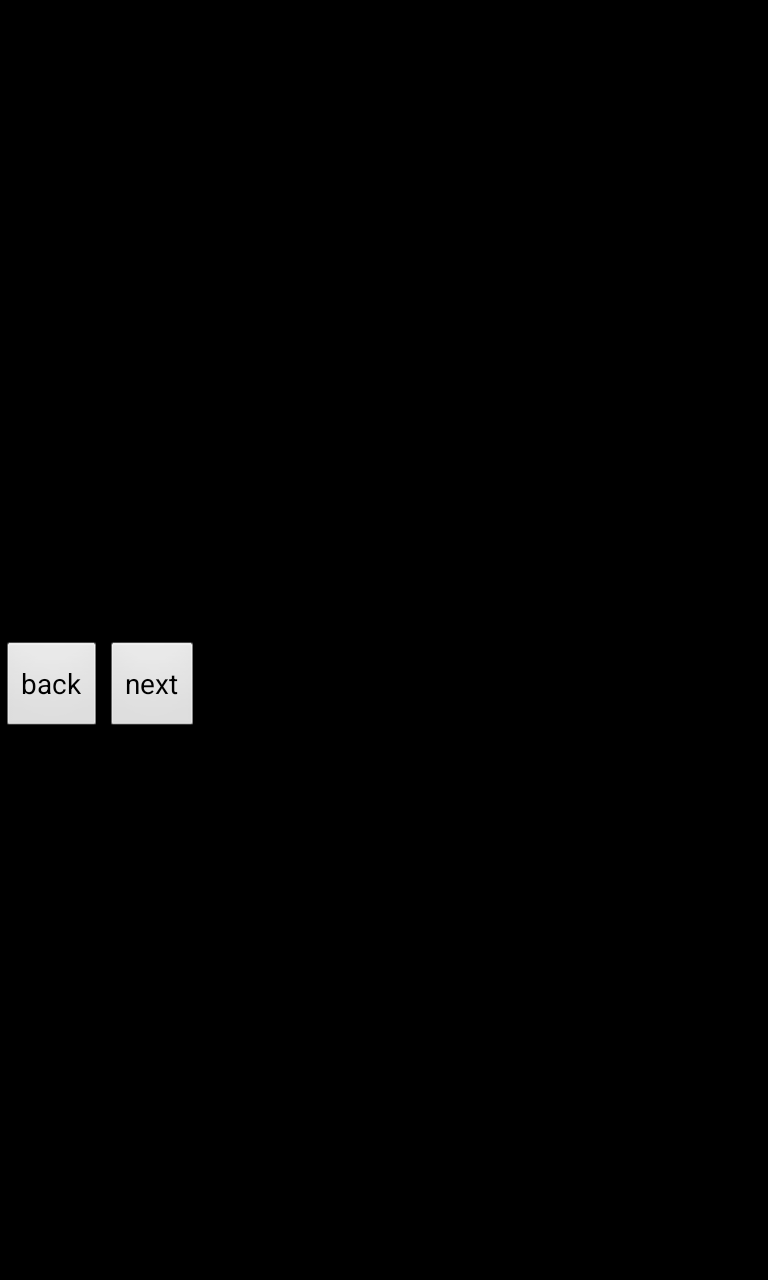
Repository: kangchihlun/UnityAndroidSubView
Layout: AndroidVuforiaSubView/FragmentDemo/res/layout/activity_main.xml
The author's editor kept a copy of each file at every save. The layout is drawn from the files as they stood at one save, then again after the next save.
It is drawn on a 768 x 1280 px phone screen (xhdpi) without system bars, with theme android:Theme.NoTitleBar.Fullscreen; the app's code is not run.

Above is the layout before, as saved 2015-03-11 05:38:24.

### AndroidVuforiaSubView/FragmentDemo/res/layout/activity_main.xml
<LinearLayout xmlns:android="http://schemas.android.com/apk/res/android"
    android:layout_width="match_parent"
    android:layout_height="match_parent"
    android:orientation="vertical">

    <LinearLayout
        android:id="@+id/fragment_container"
        android:layout_width="match_parent"
        android:layout_height="wrap_content"
        android:orientation="vertical"
        android:padding="160dp" />
"
    <LinearLayout
        android:layout_width="fill_parent"
        android:layout_height="fill_parent"
        >
		<Button
		    android:layout_width="wrap_content"
		    android:layout_height="wrap_content"
		    android:text="back"
		    android:id="@+id/back_button" />

		<Button
		    android:layout_width="wrap_content"
		    android:layout_height="wrap_content"
		    android:text="next"
		    android:id="@+id/next_button" />
	</LinearLayout>

</LinearLayout>

After the next save:
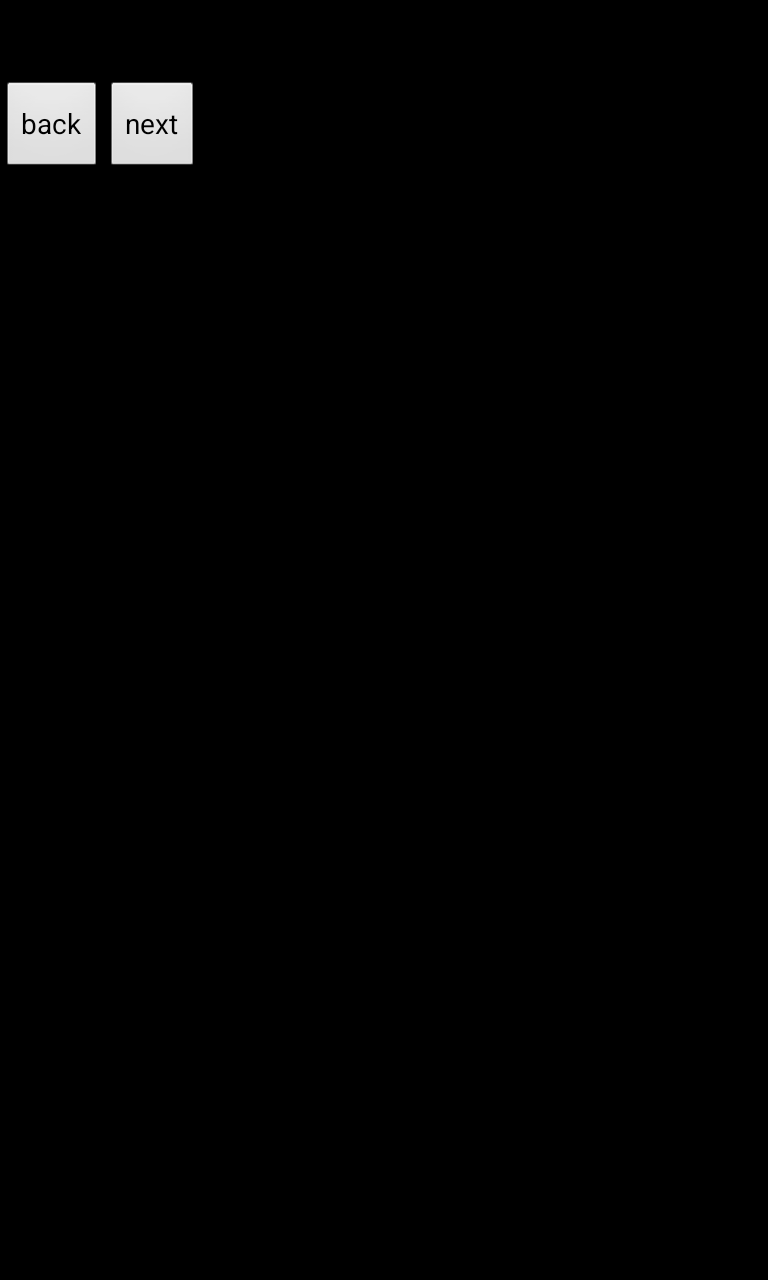
Saved 6 min 4 s later.
--- a/AndroidVuforiaSubView/FragmentDemo/res/layout/activity_main.xml
+++ b/AndroidVuforiaSubView/FragmentDemo/res/layout/activity_main.xml
@@ -8,7 +8,7 @@
         android:layout_width="match_parent"
         android:layout_height="wrap_content"
         android:orientation="vertical"
-        android:padding="160dp" />
+        android:padding="20dp" />
 "
     <LinearLayout
         android:layout_width="fill_parent"
